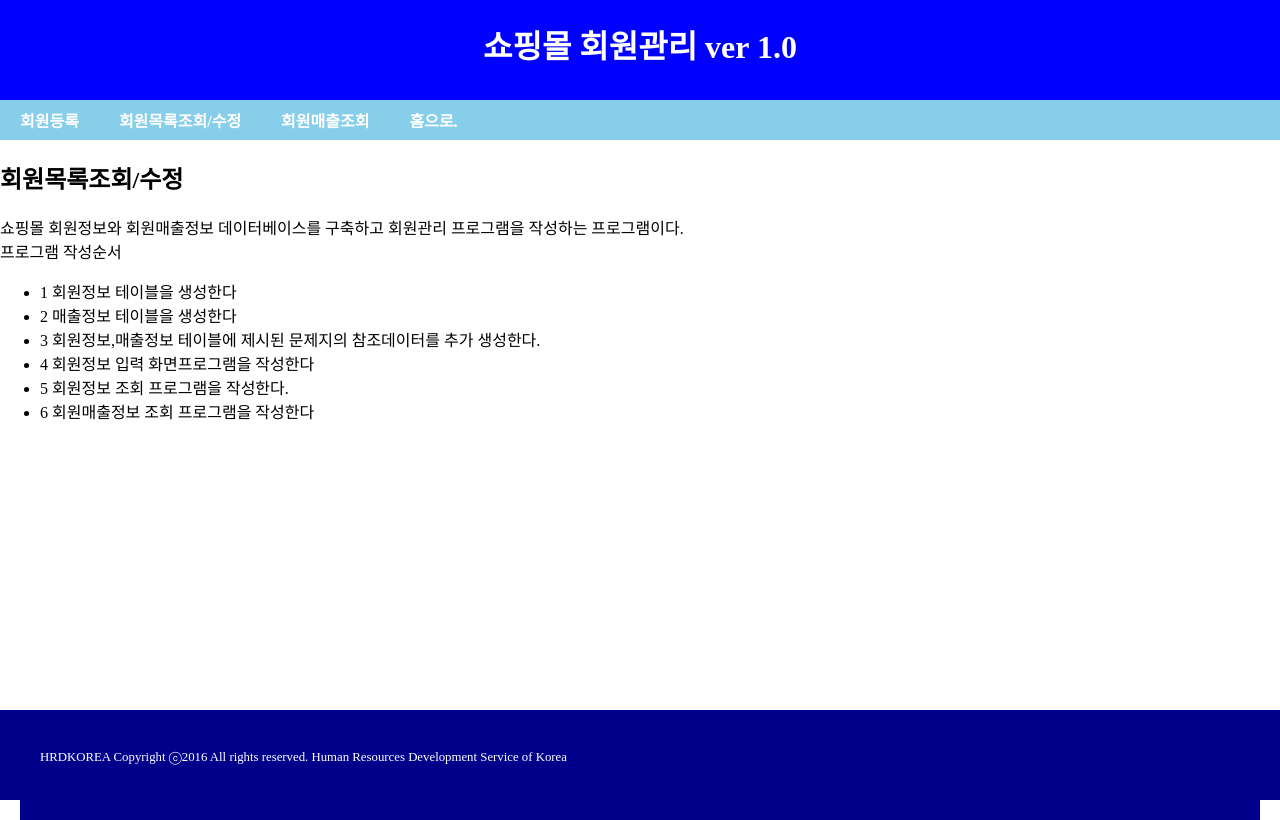
Repository: GotChun/DH_JSP
Page: http://localhost/HRD_1234/memberInfo.jsp
The author's editor kept a copy of each file at every save. The page is drawn from the files as they stood at one save, then again after the next save.
The browser window is 1280 px wide. The pictures show the whole page.
The page is served by Tomcat 9.

Above is the page before, as saved 2024-10-25 02:12:41.

After the next save:
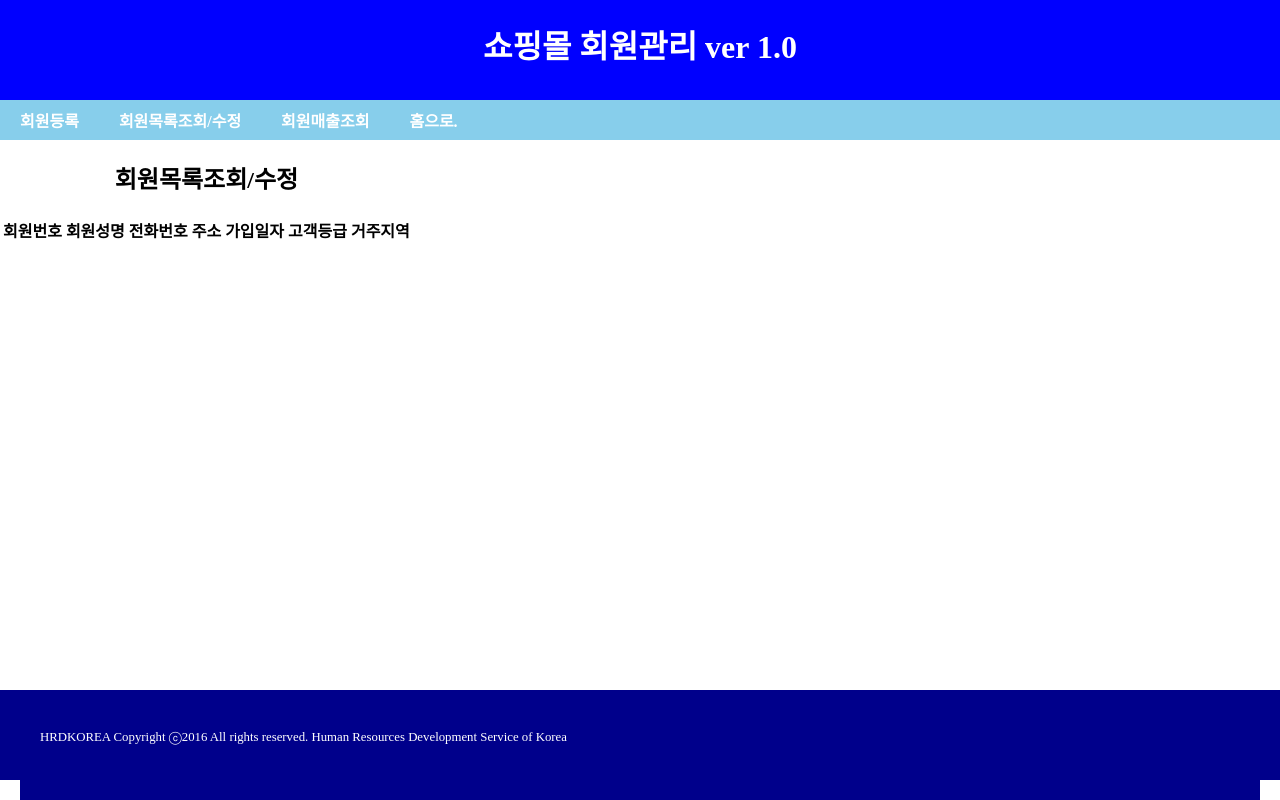
Saved 77 s later.
--- a/hrdkorea/HRD_1234/src/main/webapp/memberInfo.jsp
+++ b/hrdkorea/HRD_1234/src/main/webapp/memberInfo.jsp
@@ -17,26 +17,21 @@
 <div class="wrapper">
 	<%@ include file="layout/header.jsp" %>
 	<section>
-		<div>
-			<h2>회원목록조회/수정</h2>
-		</div>
-		<div>
-			쇼핑몰 회원정보와 회원매출정보 데이터베이스를 구축하고 회원관리 프로그램을 작성하는 프로그램이다.
-		</div>
-		<div>
-			프로그램 작성순서
-		</div>
-		<div>
-			<ul>
-			<li>1 회원정보 테이블을 생성한다</li>
-			<li>2 매출정보 테이블을 생성한다</li>
-			<li>3 회원정보,매출정보 테이블에 제시된 문제지의 참조데이터를 추가 생성한다.</li>
-			<li>4 회원정보 입력 화면프로그램을 작성한다</li>
-			<li>5 회원정보 조회 프로그램을 작성한다.</li>
-			<li>6 회원매출정보 조회 프로그램을 작성한다</li>
-			</ul>
-		</div>
+		<table>
+			<caption><h2>회원목록조회/수정</h2></caption>
+				<thead>
+				<tr>
+					<th>회원번호</th>
+					<th>회원성명</th>
+					<th>전화번호</th>
+					<th>주소</th>
+					<th>가입일자</th>
+					<th>고객등급</th>
+					<th>거주지역</th>
+				</tr>
+				</thead>
 
+		</table>
 	</section>
 
 	<footer>
